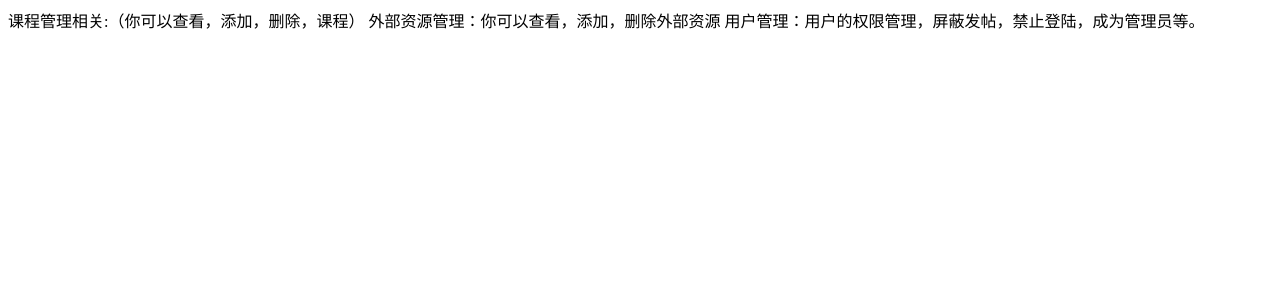
Repository: hbisheng/Academic-portal-website
Page: http://localhost/NewInfo/admin/index.jsp
The author's editor kept a copy of each file at every save. The page is drawn from the files as they stood at one save, then again after the next save.
The browser window is 1280 px wide. The pictures show the whole page.
The page is served by Tomcat 9.

Above is the page before, as saved 2014-09-20 12:13:28.

After the next save:
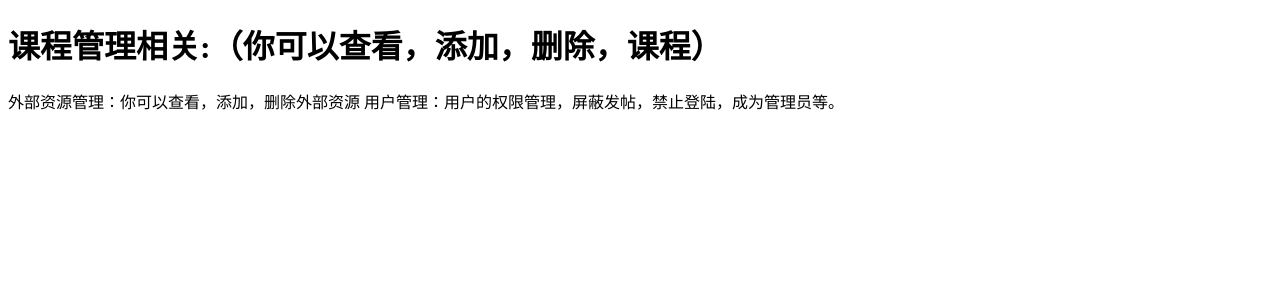
Saved 69 s later.
--- a/Java_info/NewInfo/WebContent/admin/index.jsp
+++ b/Java_info/NewInfo/WebContent/admin/index.jsp
@@ -7,7 +7,7 @@
 <title>Insert title here</title>
 </head>
 <body>
-课程管理相关:（你可以查看，添加，删除，课程）
+<h1>课程管理相关:（你可以查看，添加，删除，课程）</h1>
 
 外部资源管理：你可以查看，添加，删除外部资源
 
